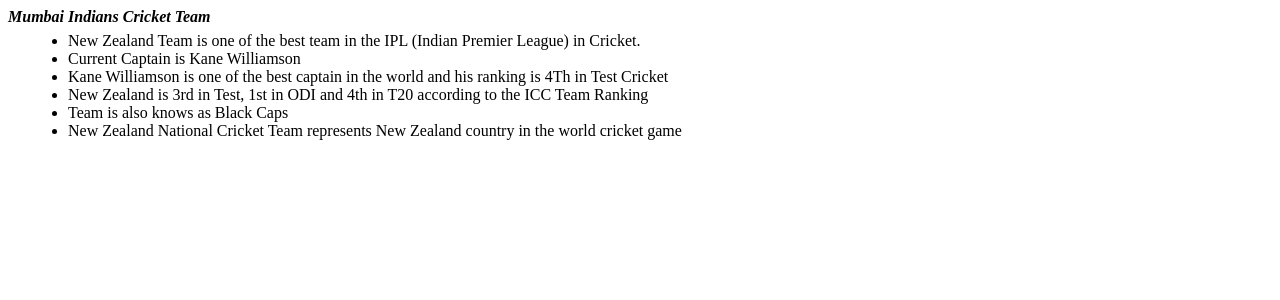
Repository: devanshudave1901/DevanshuDave_Sec002_ICE-05
Page: InfoFiles/mumbaiIndiansTeam.html
An editor plug-in stored every save of this project. The page is shown before and after the next save, followed by the edit.
The browser window is 1280 px wide. The pictures show the whole page.

Above is the page before, as saved 2022-03-20 21:11:44.

After the next save:
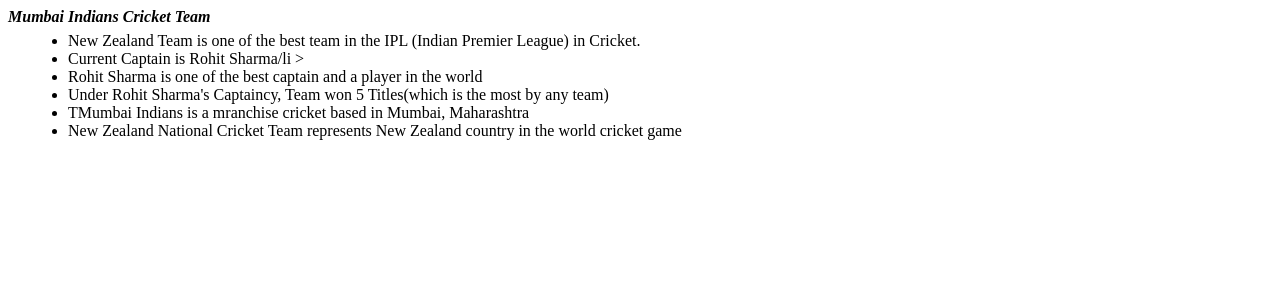
Saved 116 s later.
--- a/InfoFiles/mumbaiIndiansTeam.html
+++ b/InfoFiles/mumbaiIndiansTeam.html
@@ -8,10 +8,10 @@
 <body>
 <div>
 <b><i>Mumbai Indians Cricket Team</i></b><ul style="margin: 6px 0px 6px 20px; text-indent: 0pt;"> <li> New Zealand Team is one of the best team in the IPL (Indian Premier League) in Cricket.
-<li >Current Captain is </b> Kane Williamson</li
-><li > Kane Williamson is one of the best captain in the world and his ranking is 4Th in Test Cricket </li>
-<li>New Zealand is 3rd in  Test, 1st in ODI and 4th in T20 according to the ICC Team Ranking</li>
-<li>Team is also knows as Black Caps</li>
+<li >Current Captain is </b>Rohit Sharma/li
+><li > Rohit Sharma is one of the best captain  and a player in the world</li>
+<li>Under Rohit Sharma's Captaincy, Team won 5 Titles(which is the most by any team)</li>
+<li>TMumbai Indians is a mranchise cricket based in Mumbai, Maharashtra</li>
 <li >New Zealand National Cricket Team represents New Zealand country in the world cricket game </li>
 </div>
 </body>
